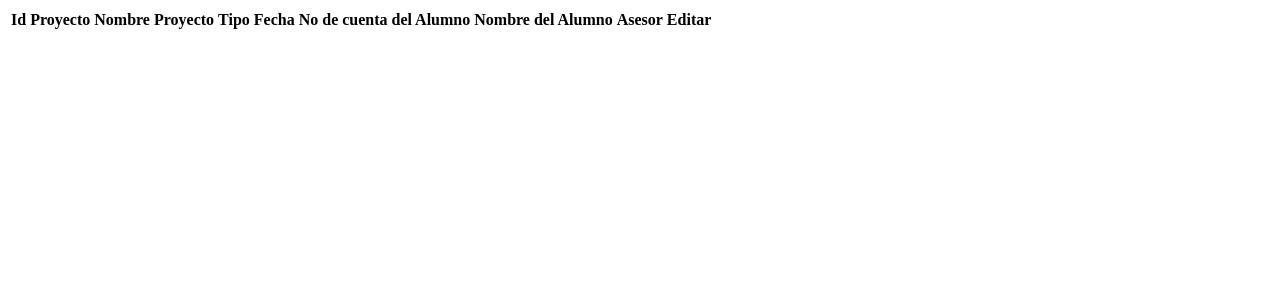
Repository: luisdj01/proyecto-intgegrador
Page: http://localhost/php/mostrarTrabajosAlumno.php
The author's editor kept a copy of each file at every save. The page is drawn from the files as they stood at one save, then again after the next save.
The browser window is 1280 px wide. The pictures show the whole page.
The page is run by PHP 8.4 with error messages shown; the project is at /var/www/html/. Queries for data that is not in the repository find no rows.

Above is the page before, as saved 2022-11-08 21:42:02.
Console error: ReferenceError: $ is not defined

### tessfp/php/mostrarTrabajosAlumno.php
<?php
//Mostrar los datos almacenados en la tabla fuente
    include "conexion.php";
    $consultaSQL="Select trabajos.id_proyecto, trabajos.Nombre_proyecto, trabajos.Tipo,
    trabajos.mes, trabajos.año, trabajos.no_cuenta_alumno,
    alumno.Nombre,alumno.Apellido_Paterno,alumno.Apellido_Materno,
    asesor.Nombre, asesor.Apellido_paterno, asesor.Apellido_materno
    FROM trabajos
    JOIN alumno ON trabajos.no_cuenta_alumno = alumno.No_Cuenta
    JOIN asesor ON trabajos.clave_asesor = asesor.Clave";
    //ejecutamos la consulta
    $ejecutarConsulta=$conexion->query($consultaSQL);
    //recoge las variables de una fila dentro de un array
    //y los almacena en un variable cada fila
?>
<script type="text/javascript">
    $(document).ready(function(){
        $("#tablaTrabajos").DataTable();
    });
</script>
<?php
echo "<table id='tablaTrabajos'><thead><th>Id Proyecto</th><th>Nombre Proyecto</th><th>Tipo</th><th>Fecha</th>
<th>No de cuenta del Alumno</th><th>Nombre del Alumno</th><th>Asesor</th><th>Editar</th></thead>";
while($fila=$ejecutarConsulta->fetch_array()){
    //mostrar cada fila del array
    echo "<tr>";
    echo "<td>".$fila[0]."</td><td>".$fila[1]."</td>
    <td>".$fila[2]."</td><td>".$fila[3]." ".$fila[4]."</td><td>".$fila[5]."</td><td>".$fila[6]." ".$fila[7]." ".$fila[8]."</td>
    <td>".$fila[9]." ".$fila[10]." ".$fila[11]."</td>";
}
echo "</table>";
?>

### tessfp/php/conexion.php
<?php
// Definir los datos para la conexión
    $server="localhost";
    $user="root";
    $password="";
    $bd="repo";
    $conexion=new mysqli($server,$user,$password,$bd) or die ("Error al conectarse con la base de datos".$mysqli->error);
    $conexion->set_charset("utf8");
?>

After the next save:
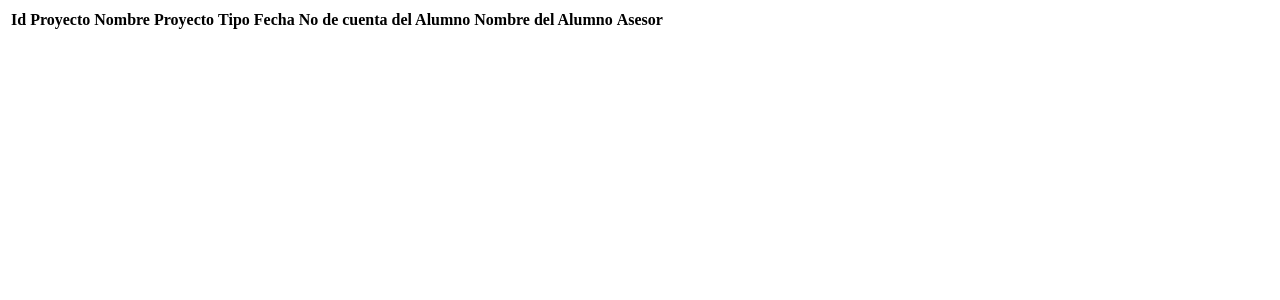
Saved 48 s later.
--- a/tessfp/php/mostrarTrabajosAlumno.php
+++ b/tessfp/php/mostrarTrabajosAlumno.php
@@ -20,7 +20,7 @@
 </script>
 <?php
 echo "<table id='tablaTrabajos'><thead><th>Id Proyecto</th><th>Nombre Proyecto</th><th>Tipo</th><th>Fecha</th>
-<th>No de cuenta del Alumno</th><th>Nombre del Alumno</th><th>Asesor</th><th>Editar</th></thead>";
+<th>No de cuenta del Alumno</th><th>Nombre del Alumno</th><th>Asesor</th></thead>";
 while($fila=$ejecutarConsulta->fetch_array()){
     //mostrar cada fila del array
     echo "<tr>";
